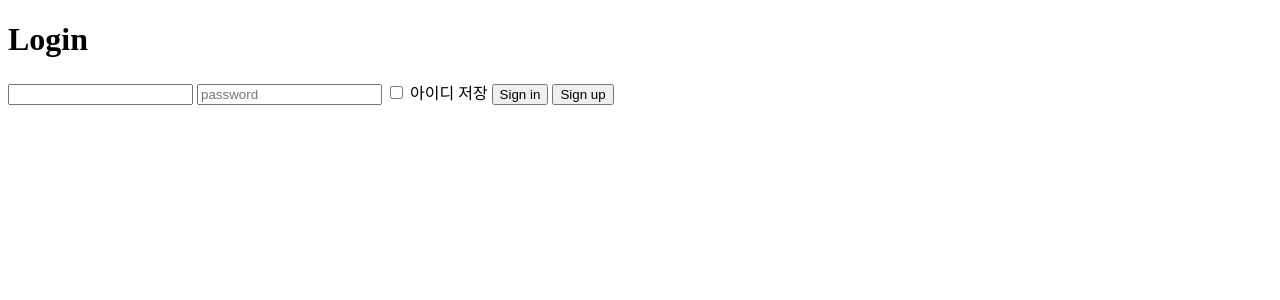
Repository: Junvelop/hkdevelope
Page: http://localhost/04_hklogin_MVC1/
The author's editor kept a copy of each file at every save. The page is drawn from the files as they stood at one save, then again after the next save.
The browser window is 1280 px wide. The pictures show the whole page.
The page is served by Tomcat 9. Other server files are loaded and not shown.

Above is the page before, as saved 2024-09-10 01:37:24.

### Downloads/back_end_edu20240624-master (1)/04_hklogin_MVC1/src/main/webapp/index.jsp
<%@ page language="java" contentType="text/html; charset=EUC-KR"
    pageEncoding="EUC-KR"%>
<%request.setCharacterEncoding("utf-8"); %>
<%response.setContentType("text/html;charset=UTF-8"); %>
<!DOCTYPE html>
<html>
<head>
<meta charset="EUC-KR">
<title>Insert title here</title>
</head>
<body>
<form action = "">
	<h1>Login</h1>
	<input type = "text" name = "id" required="required"/>
	<input type = "password" name = "password" placeholder = "password" required="required"/>
	<input type = "checkbox" value = "remember-me"/> <label>아이디 저장</label>
	<button type = "submit">Sign in</button>
	<button type = "button" onclick = "registerForm()">Sign up</button>
</form>
<script type = "text/javascript">
	function registerForm(){
		location.href = "userController.jsp?command=registform"
	}
</script>
</body>
</html>

### Downloads/back_end_edu20240624-master (1)/04_hklogin_MVC1/src/main/webapp/css/loginpage.css
@charset "EUC-KR";

*{
	margin : 0px;
	padding : 0px;
}

body{

	background-color : gainsboro;
}

After the next save:
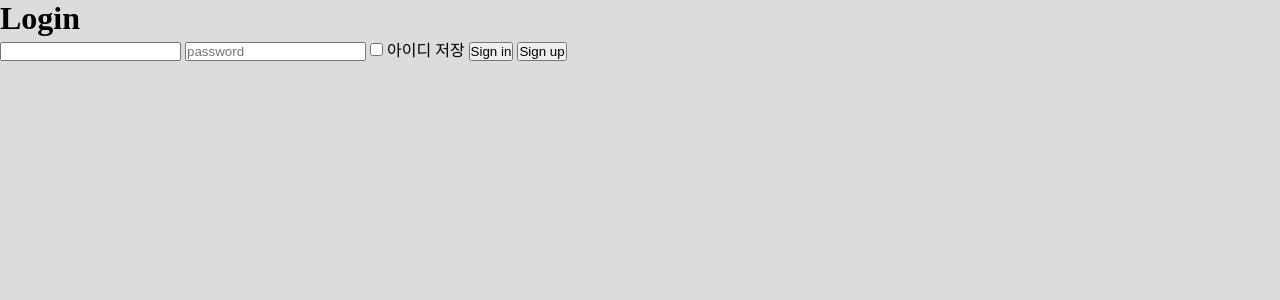
Saved 2 min 34 s later.
--- a/Downloads/back_end_edu20240624-master (1)/04_hklogin_MVC1/src/main/webapp/index.jsp
+++ b/Downloads/back_end_edu20240624-master (1)/04_hklogin_MVC1/src/main/webapp/index.jsp
@@ -7,6 +7,7 @@
 <head>
 <meta charset="EUC-KR">
 <title>Insert title here</title>
+<link rel="stylesheet" href = "css/loginpage.css">
 </head>
 <body>
 <form action = "">
